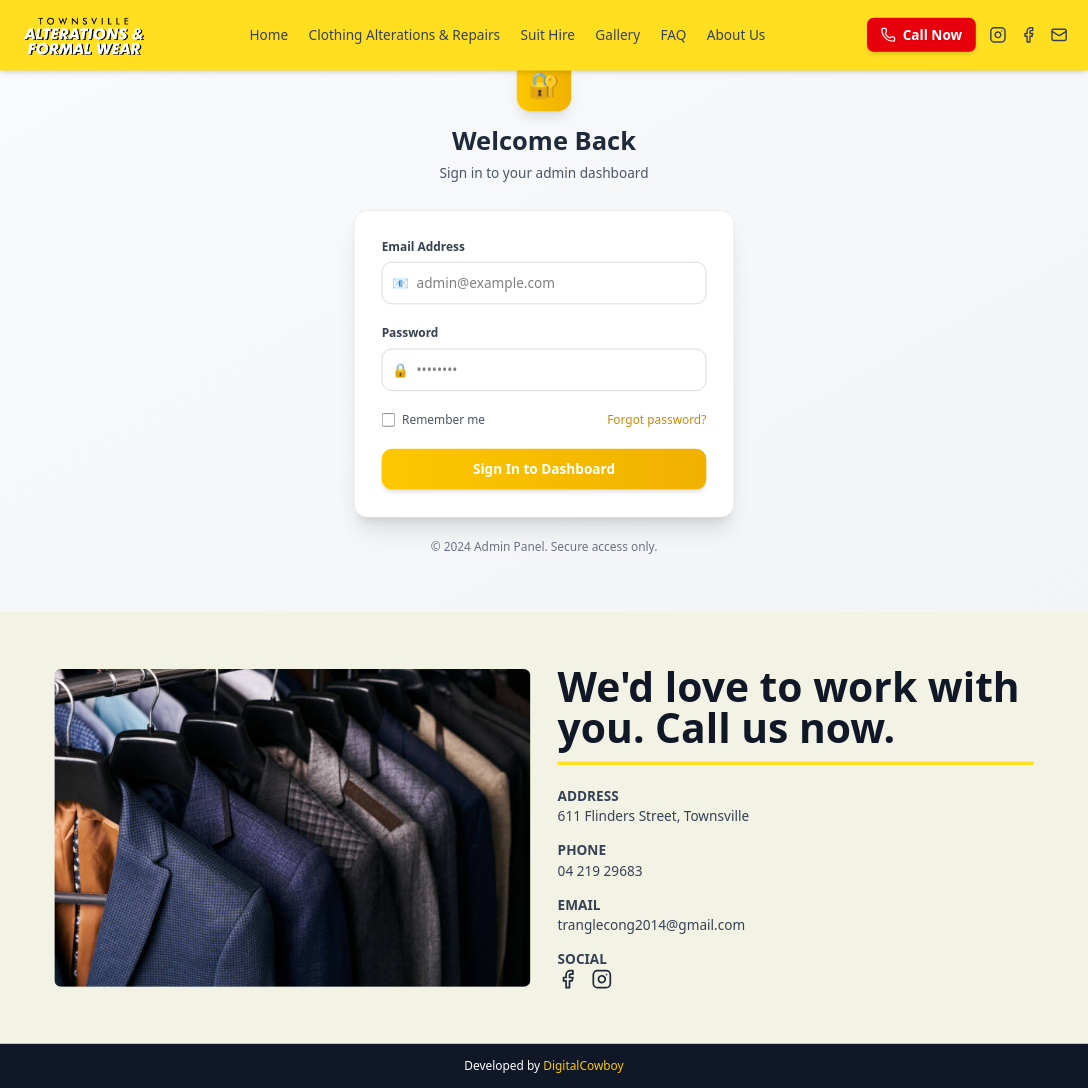
Repository: tarekhasan1/townsville-alteration
Page: /admin-dashboard
An editor plug-in stored every save of this project. The page is shown before and after the next save, followed by the edit.
The browser window is 1280 px wide. The pictures show the whole page, at 85% of full size.
The page's requests for data from a server got no answer. The project was rebuilt for these pictures with package versions that can differ from the ones it lists, and the page was loaded fresh each time. The framework's server and built-in components were replaced by stand-ins that run in the browser. No one was signed in, and anything a server would have sent is missing. Also part of the build but not shown: next.config.ts, src/app/admin-dashboard/Sidebar.tsx, src/app/admin-dashboard/DashboardHeader.tsx, src/app/admin-dashboard/UploadSection.tsx, src/app/admin-dashboard/ImageGrid.tsx, src/app/admin-dashboard/MainContent.tsx, src/app/admin-dashboard/AdminDashboard.tsx.

Above is the page before, as saved 2026-01-20 19:27:12.

After the next save:
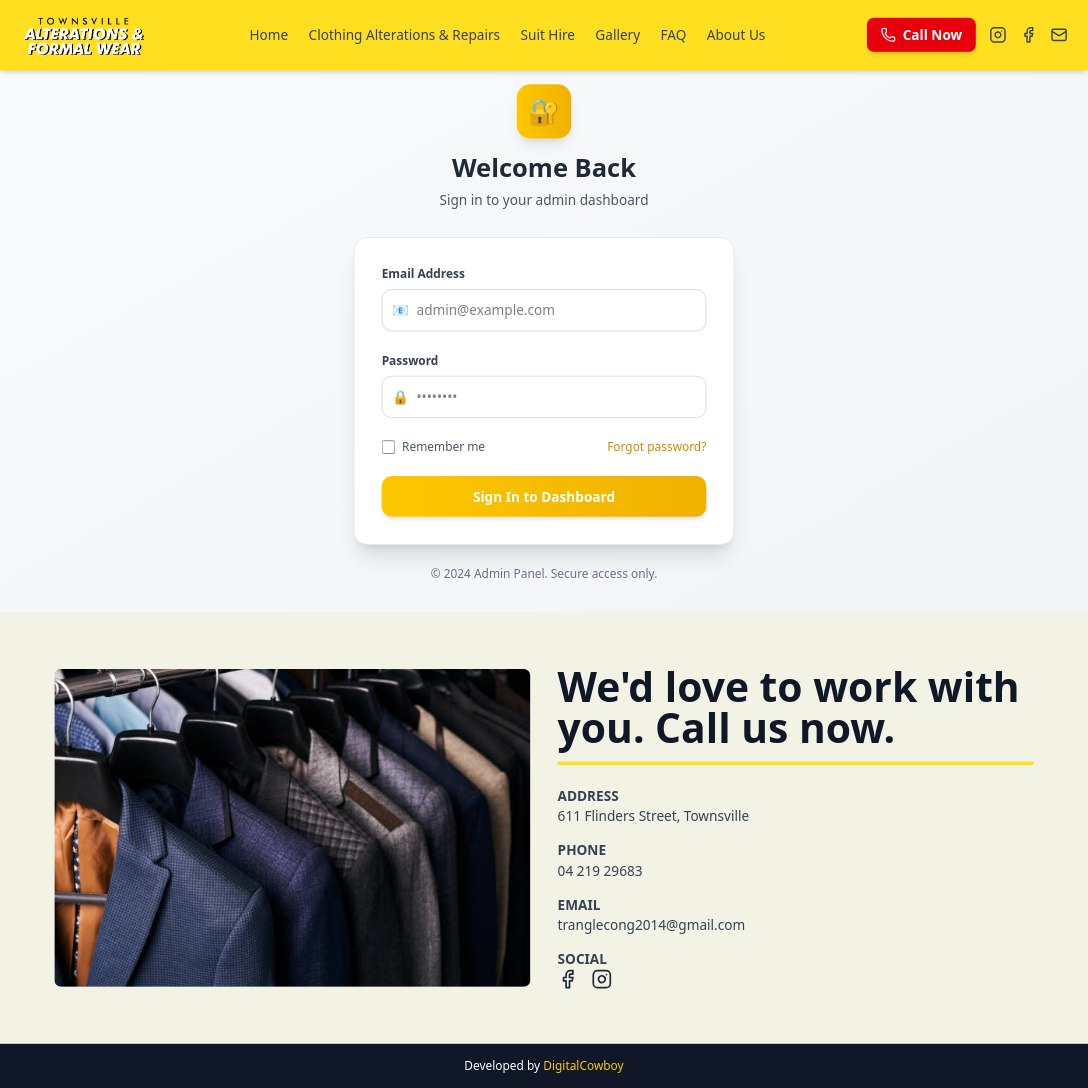
Saved 26 s later.
--- a/src/app/admin-dashboard/AdminLogin.tsx
+++ b/src/app/admin-dashboard/AdminLogin.tsx
@@ -56,7 +56,7 @@ export default function AdminLogin({ onLoginSuccess }: { onLoginSuccess: () => v
   };
 
   return (
-    <div className="min-h-screen flex items-center justify-center bg-gradient-to-br from-gray-50 to-gray-100 p-4">
+    <div className="min-h-screen pt-[80px] flex items-center justify-center bg-gradient-to-br from-gray-50 to-gray-100 p-4">
       <div className="w-full max-w-md">
         <div className="text-center mb-8">
           <div className="inline-flex items-center justify-center w-16 h-16 rounded-2xl bg-gradient-to-r from-yellow-400 to-yellow-500 mb-4 shadow-lg">
